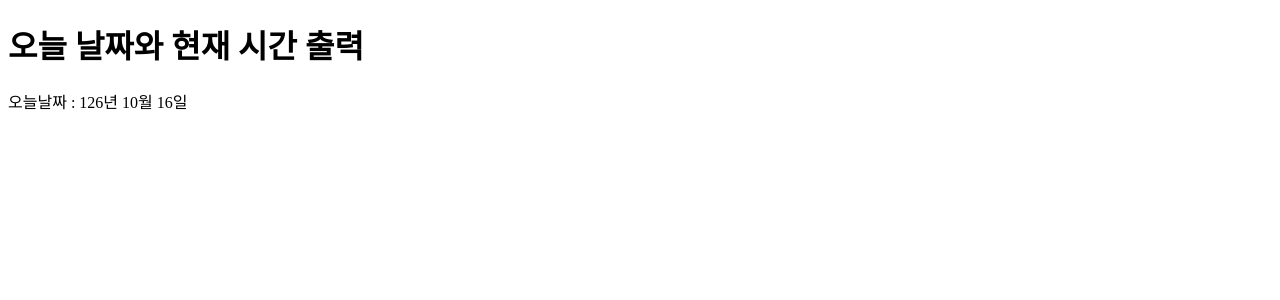
Repository: kkw3202/Jsp2026
Page: http://localhost/chapter01/test03.jsp
The author's editor kept a copy of each file at every save. The page is drawn from the files as they stood at one save, then again after the next save.
The browser window is 1280 px wide. The pictures show the whole page.
The page is served by Tomcat 9.

Above is the page before, as saved 2026-10-16 02:45:04.

### chapter01/src/main/webapp/test03.jsp
<%@ page language="java" contentType="text/html; charset=UTF-8"
    pageEncoding="UTF-8" import="java.util.*"%>
<!DOCTYPE html>
<html>
<head>
<meta charset="UTF-8">
<title>Insert title here</title>
</head>
<body>
	<h1>오늘 날짜와 현재 시간 출력</h1>
	<%
		Date today = new Date();
		int year = today.getYear();
		int month = today.getMonth();
		int day = today.getDate();

	%>
	오늘날짜 : <%= year %>년 <%= month+1 %>월 <%= day %>일

</body>
</html>

After the next save:
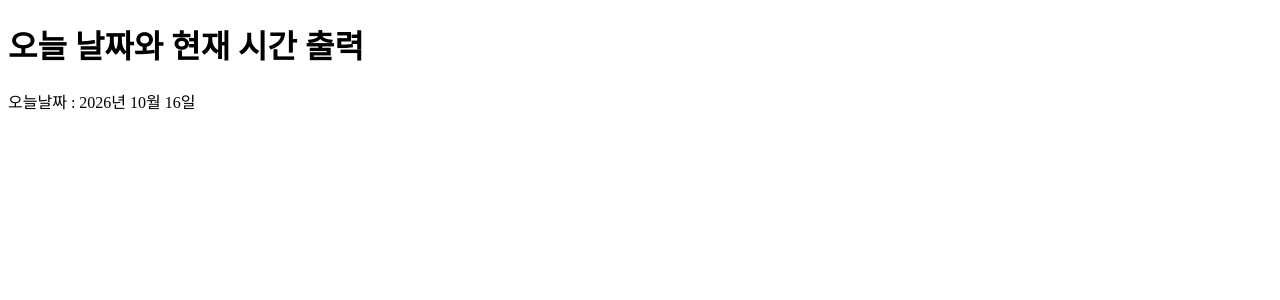
Saved 58 s later.
--- a/chapter01/src/main/webapp/test03.jsp
+++ b/chapter01/src/main/webapp/test03.jsp
@@ -10,12 +10,12 @@
 	<h1>오늘 날짜와 현재 시간 출력</h1>
 	<%
 		Date today = new Date();
-		int year = today.getYear();
-		int month = today.getMonth();
+		int year = today.getYear()+1900;
+		int month = today.getMonth()+1;
 		int day = today.getDate();
 
 	%>
-	오늘날짜 : <%= year %>년 <%= month+1 %>월 <%= day %>일
+	오늘날짜 : <%= year %>년 <%= month %>월 <%= day %>일
 
 </body>
 </html>
